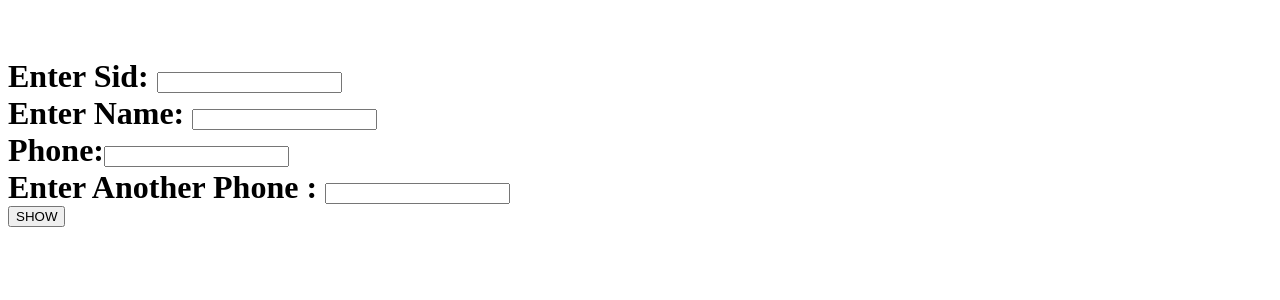
Repository: avinashxr10/Java-Codes
Page: JSP/JSP3/src/main/webapp/index.html
The author's editor kept a copy of each file at every save. The page is drawn from the files as they stood at one save, then again after the next save.
The browser window is 1280 px wide. The pictures show the whole page.

Above is the page before, as saved 2021-12-29 16:49:17.

### JSP/JSP3/src/main/webapp/index.html
<!DOCTYPE html PUBLIC "-//W3C//DTD HTML 4.01 Transitional//EN" "http://www.w3.org/TR/html4/loose.dtd">
<html>
<head>
<meta http-equiv="Content-Type" content="text/html; charset=ISO-8859-1">
<title>Insert title here</title>
</head>
<body>

	<form action="result.jsp">
		<h1>
			<br>Enter Sid: <input type="number" name="sid"><br>
			Enter Name: <input type="text" name="name" required="required"><br>
			Phone:<input type="number" name="phone"><br> Enter
			Another Phone : <input type="number" name="mobile"><br>
			<input type="submit" value="SHOW">
		</h1>
	</form>

</body>
</html>

After the next save:
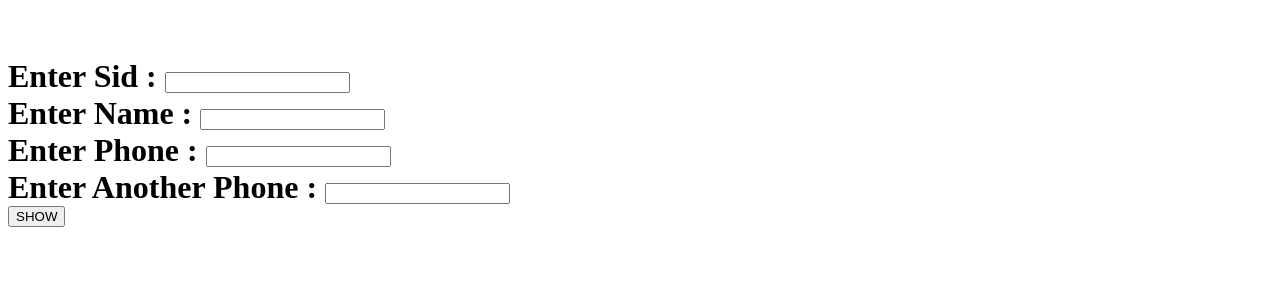
Saved 71 s later.
--- a/JSP/JSP3/src/main/webapp/index.html
+++ b/JSP/JSP3/src/main/webapp/index.html
@@ -6,13 +6,13 @@
 </head>
 <body>
 
-	<form action="result.jsp">
+	<form action="result.jsp" method="post">
 		<h1>
-			<br>Enter Sid: <input type="number" name="sid"><br>
-			Enter Name: <input type="text" name="name" required="required"><br>
-			Phone:<input type="number" name="phone"><br> Enter
-			Another Phone : <input type="number" name="mobile"><br>
-			<input type="submit" value="SHOW">
+			<br> Enter Sid : <input type="number" name="sid"><br>
+			Enter Name : <input type="text" name="name" required="required"><br> Enter
+			Phone : <input type="number" name="phone"><br> Enter
+			Another Phone : <input type="number" name="mobile"><br> <input
+				type="submit" value="SHOW">
 		</h1>
 	</form>
 
